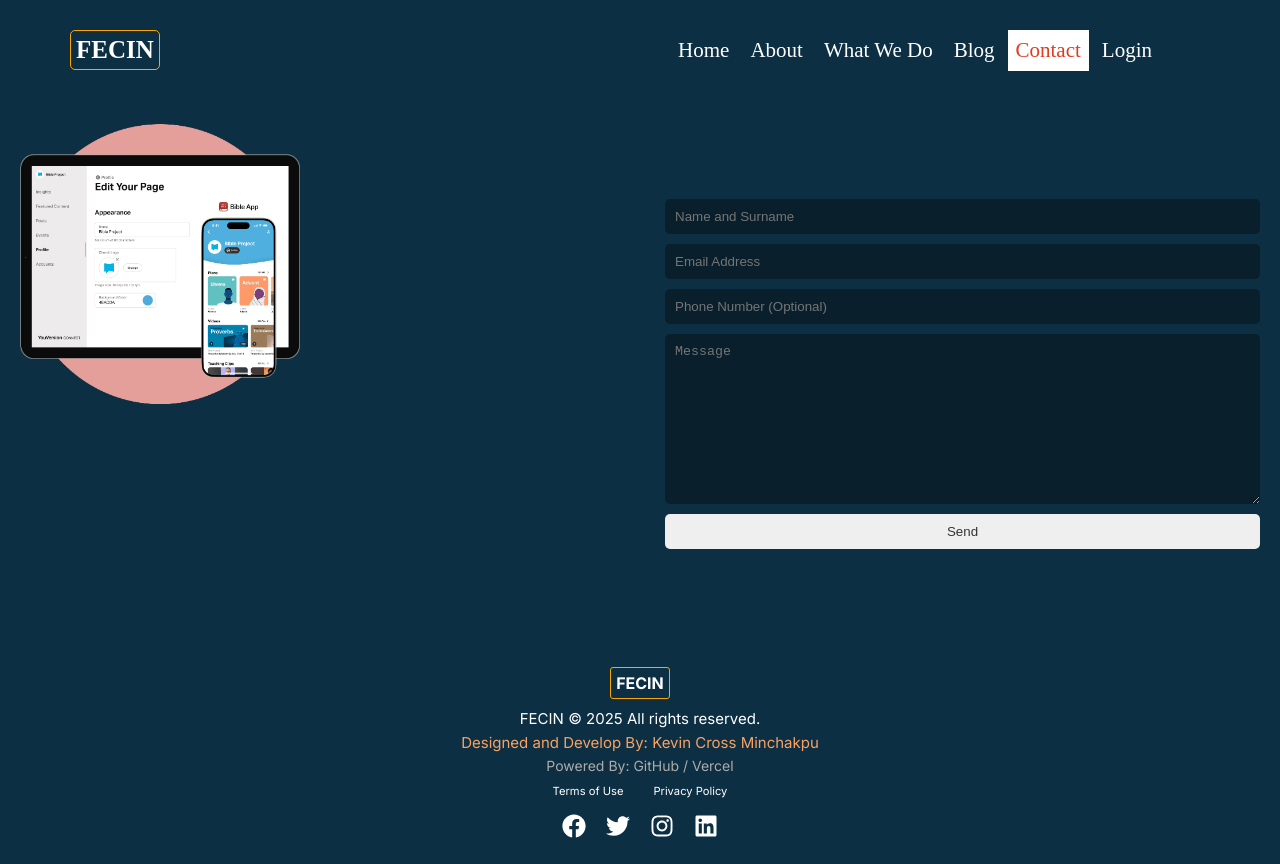
Repository: KCMinchakpu/fecin-projectgs497
Page: /contact
An editor plug-in stored every save of this project. The page is shown before and after a run of saves, followed by the edit.
The browser window is 1280 px wide. The pictures show the whole page.
The page's requests for data from a server got no answer. The project was rebuilt for these pictures with package versions that can differ from the ones it lists, and the page was loaded fresh each time. The framework's server and built-in components were replaced by stand-ins that run in the browser. No one was signed in, and anything a server would have sent is missing. Also part of the build but not shown: next.config.mjs.

Above is the page before, as saved 2025-04-12 12:50:26.

### src/app/layout.js
"use client";

import { Inter } from "next/font/google";
import "./globals.css";
import Navbar from "@/components/navbar/Navbar";
import Footer from "@/components/footer/Footer";
import { SessionProvider } from "next-auth/react"; // Import SessionProvider

const inter = Inter({ subsets: ["latin"] });

export default function RootLayout({ children }) {
  return (
    <html lang="en">
      <body className={inter.className}>
        <SessionProvider>
          <div className="container">
            <Navbar />
            {children}
            <Footer />
          </div>
        </SessionProvider>
      </body>
    </html>
  );
}

### src/app/contact/page.jsx
"use client"

import React from 'react';
import Image from 'next/image';
import styles from './contact.module.css';

const ContactPage = () => {

  const a = Math.random()
  console.log(a)
 return (
    <div className={styles.container}>
      {/* Image Section */}
      <div className={styles.imgContainer}>
        <Image src="/connect.png" alt="Contact" width={280} height={280}  />
      </div>

      {/* Contact Form Section */}
      <div className={styles.formContainer}>
        <form action="" className={styles.form}>
          <input type="text" placeholder="Name and Surname" className={styles.input} />
          <input type="email" placeholder="Email Address" className={styles.input} />
          <input type="text" placeholder="Phone Number (Optional)" className={styles.input} />
          <textarea
            name=""
            id=""
            cols="30"
            rows="10"
            placeholder="Message"
            className={styles.textarea}
          ></textarea>
          <button className={styles.button} onClick={() => console.log("clicked")}>Send</button>
        </form>
      </div>
    </div>
  );
};

export default ContactPage;

### src/app/globals.css
:root {
    --bg: #0c2f43;
    --text: white;
    --bgSoft: #091f2c;
    --textSoft: rgb(237, 232, 232);
    --btn: #de3c21;
    --bgWhite: white;
    --textGray: #444444;
}

/* Box sizing rules */
* {
    box-sizing: border-box;
    margin:0;
    padding: 0;
  }

/* Set core body defaults */
body {
    background-color: var(--bgWhite);
    color: var(--text);
  }

a {
    color: inherit;
    text-decoration: none;
}

.container {
  background-color: var(--bg);
  width: 100%; /* Default for small screens */
  margin: auto;
  padding-left: 20px;
  padding-right: 20px;
  min-height: 120vh;
  display: flex;
  flex-direction: column;
  justify-content: space-between;
}

.callnana {
    background-color: var(--bgWhite);
    color: var(--textGray);
    padding: 20px;
    border-radius: 8px;
    box-shadow: 0 4px 8px rgba(0, 0, 0, 0.1);
    margin-bottom: 20px;
    width: 400px;
    height: 200px;
    align-items: center;
    justify-items: center;
}

### src/components/navbar/Navbar.jsx
import React from 'react';
import Link from 'next/link';
import Links from "./links/Links";
import styles from "./navbar.module.css";

const Navbar = () => {
  return (
    <div className={styles.container}>
      <Link href="/" className={styles.logo}>FECIN</Link>
      <div>
        <Links />
      </div>
    </div>
  );
};

export default Navbar;

### src/components/footer/Footer.jsx
import React from 'react';
import styles from './footer.module.css';
import { FaFacebook, FaTwitter, FaInstagram, FaLinkedin } from 'react-icons/fa';

const Footer = () => {
  return (
    <div className={styles.container}>
      <div className={styles.logo}>
        {/* You can add a logo image here if needed */}
        <h2>FECIN</h2>
      </div>
      <div>
        <p className={styles.text}>FECIN © 2025 All rights reserved.</p>
        <p className={styles.author}>
          <a href="https://www.linkedin.com/in/kevin-cross-minchakpu-7897379a" target="_blank">Designed and Develop By: Kevin Cross Minchakpu</a>
          </p>
        <p className={styles.company}>
          <a href="https://octatesystems.github.io/OSNigeria/">Powered By: GitHub / Vercel</a>
          </p>
      </div>
      <div className={styles.links}>
        <a href="/terms" className={styles.link}>Terms of Use</a>
        <a href="/privacy" className={styles.link}>Privacy Policy</a>
      </div>
      <div className={styles.socialIcons}>
        <a href="https://facebook.com" target="_blank" rel="noopener noreferrer" className={styles.icon}>
          <FaFacebook />
        </a>
        <a href="https://twitter.com" target="_blank" rel="noopener noreferrer" className={styles.icon}>
          <FaTwitter />
        </a>
        <a href="https://instagram.com" target="_blank" rel="noopener noreferrer" className={styles.icon}>
          <FaInstagram />
        </a>
        <a href="https://linkedin.com" target="_blank" rel="noopener noreferrer" className={styles.icon}>
          <FaLinkedin />
        </a>
      </div>
    </div>
  );
};

export default Footer;

### src/app/contact/contact.module.css
.container {
    display: flex;
    align-items: center;
    gap: 50px;
  }

  .imgContainer {
    flex: 1;
    height: 500px;
    position: relative;
  }

  .img {
    object-fit: contain;
  }

  .formContainer {
    flex: 1;
  }

  .form {
    display: flex;
    flex-direction: column;
    gap: 10px;
  }

  .form input,
  .form textarea {
    padding: 10px;
    border-radius: 5px;
    border: none;
    outline: none;
    background-color: var(--bgSoft);
    color: var(--text);
  }

  .form button {
    padding: 10px;
    color: #333;
    border: none;
    border-radius: 5px;
    cursor: pointer;
  }

  .form button:hover {
    background-color: #046a81;
  }

  @media (min-width: 480px) {
    .Container {
      flex-direction: column;
    }
  }

### src/components/navbar/links/Links.jsx
"use client";

import React, { useState } from "react";
import { useSession } from "next-auth/react";
import Image from 'next/image';
import NavLink from "../navLink/NavLink";
import styles from "./links.module.css";

const links = [
  { title: "Home", path: "/" },
  { title: "About", path: "/about" },
  { title: "What We Do", path: "/whatwedo" },
  { title: "Blog", path: "/blog" },
  { title: "Contact", path: "/contact" },
];

const Links = () => {
  const [open, setOpen] = useState(false);
  const { data: session, status } = useSession();

  const isAdmin = session?.user?.role === "admin";

  return (
    <div className={styles.container}>
      <div className={styles.links}>
        {links.map((link) => (
          <NavLink item={link} key={link.title} />
        ))}

        {!session && status !== "loading" && (
          <NavLink item={{ title: "Login", path: "/login" }} />
        )}

        {session && isAdmin && (
          <NavLink item={{ title: "Admin", path: "/admin" }} />
        )}

        {session && (
          <form method="post" action="/api/auth/signout">
            <button className={styles.logout}>Logout</button>
          </form>
        )}
      </div>

      <Image
        className={styles.menuButton}
        src="/menu.png"
        alt="Hamburger menu"
        width={30}
        height={30}
        onClick={() => setOpen((prev) => !prev)}
      />

      {open && (
        <div className={styles.mobileLinks}>
          {links.map((link) => (
            <NavLink item={link} key={link.title} />
          ))}
        </div>
      )}
    </div>
  );
};

export default Links;

### src/components/navbar/navbar.module.css
.container {
    height: 100px;
    display: flex;
    align-items: center;
    justify-content: space-between;
}

.logo {
    font-size: 25px;
    font-weight: bold;
    font-family: "Play", serif;
    font-weight: 700;
    font-style: normal;
    border: 1.5px solid orange;
    padding: 5px;
    border-radius: 5px;
    margin-left: 50px;
}

### src/components/footer/footer.module.css
/* Footer Container */
.container {
    background-color: var(--bg);
    color: white;
    display: flex;
    flex-direction: column;
    align-items: center;
    justify-content: space-between;
    padding: 20px;
    text-align: center;
  }

  .logo h2 {
    font-size: 1rem;
    margin-bottom: 10px;
    border: 1px solid orange;
    padding: 5px;
    border-radius: 3px;
  }

  .text {
    margin-bottom: 5px;
    font-size: 15px;

  }
  .author {
    margin-bottom: 5px;
    font-size: 15px;
    color: rgb(250, 162, 99);
  }

  .company {
    margin-bottom: 5px;
    font-size: 14px;
    color: rgb(174, 172, 170);
  }

  .author:hover {
    text-decoration: underline;
  }

  .company:hover {
    text-decoration: underline;
  }

  .links {
    margin-bottom: 15px;
  }

  .link {
    color: white;
    margin: 0 15px;
    text-decoration: none;
    font-size: 0.7rem;
  }

  .link:hover {
    text-decoration: underline;
  }

  .socialIcons {
    display: flex;
    justify-content: center;
    gap: 20px;
  }

  .icon {
    font-size: 1.5rem;
    color: white;
    transition: color 0.3s ease;
  }

  .icon:hover {
    color: #0070f3;
  }


  @media (min-width: 768px) {
    .container {
      flex-direction: column;
      align-items: center;
      justify-content: space-around;
    }
  }

### src/components/navbar/navLink/navLink.jsx
"use client";

import React from "react";
import Link from "next/link";
import { usePathname } from "next/navigation";
import styles from "./navLink.module.css";

const NavLink = ({ item }) => {
  const pathName = usePathname();
  return (
    <Link
      href={item.path}
      className={`${styles.container} ${
        pathName === item.path ? styles.active : ""
      }`}
    >
      {item.title}
    </Link>
  );
};

export default NavLink;

### src/components/navbar/links/links.module.css
.links {
    display: flex;
    align-items: center;
    gap: 5px;
    font-family: "Play", serif;
    font-style: normal;
    margin-right: 100px;
    font-size: 21px;
}

.logout {
    padding: 5px;
    cursor: pointer;
    font-weight: bold;
    font-size: 15px;
}

.menuButton,
.mobileLinks {
   display: none;
  }

  @media (max-width: 480px){
    .links {
        display: none;
    }

    .menuButton {
        display: block;
        cursor: pointer;
      }

    .mobileLinks {
        position: absolute;
        top: 100px;
        right: 0;
        width: 50%;
        height: calc(100vh-100px);
        /*background-color: var(--bg);*/
       background-color: brown;
        display: flex;
        flex-direction: column;
        align-items: center;
        justify-content: center;
        gap: 10px;
      }
  }

### src/components/navbar/navLink/navLink.module.css
.container {
    padding: 8px;
    text-align: center;


}

.active {
    background-color: var(--text);
    color: var(--btn);
}

After the next 2 saves:
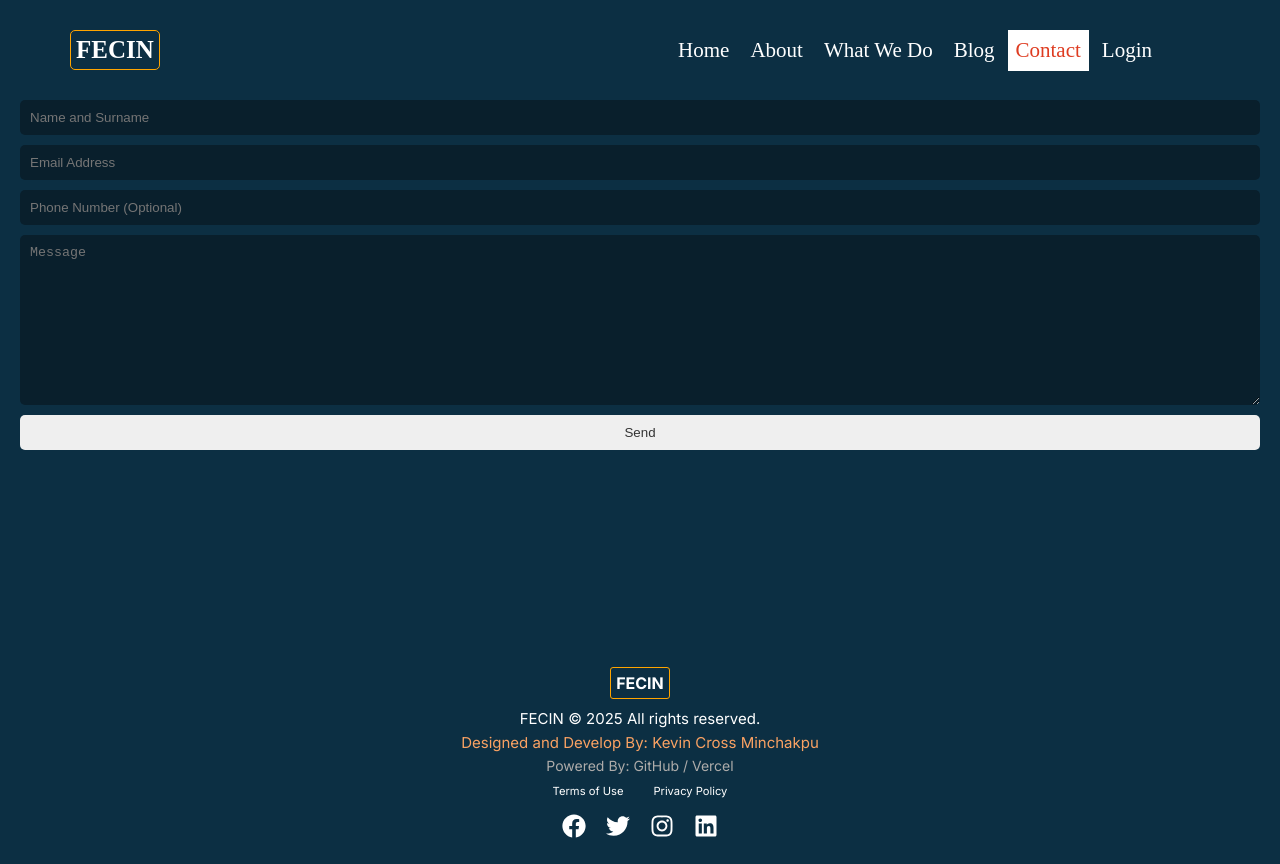
The 2 saves are shown as one change because 1 did not build or start.
The last was saved 3 min 10 s later.
--- a/src/app/contact/page.jsx
+++ b/src/app/contact/page.jsx
@@ -9,14 +9,8 @@ const ContactPage = () => {
   const a = Math.random()
   console.log(a)
  return (
-    <div className={styles.container}>
-      {/* Image Section */}
-      <div className={styles.imgContainer}>
-        <Image src="/connect.png" alt="Contact" width={280} height={280}  />
-      </div>
-
-      {/* Contact Form Section */}
       <div className={styles.formContainer}>
+        {/* Contact Form Section */}
         <form action="" className={styles.form}>
           <input type="text" placeholder="Name and Surname" className={styles.input} />
           <input type="email" placeholder="Email Address" className={styles.input} />
@@ -31,7 +25,6 @@ const ContactPage = () => {
           ></textarea>
           <button className={styles.button} onClick={() => console.log("clicked")}>Send</button>
         </form>
-      </div>
     </div>
   );
 };
